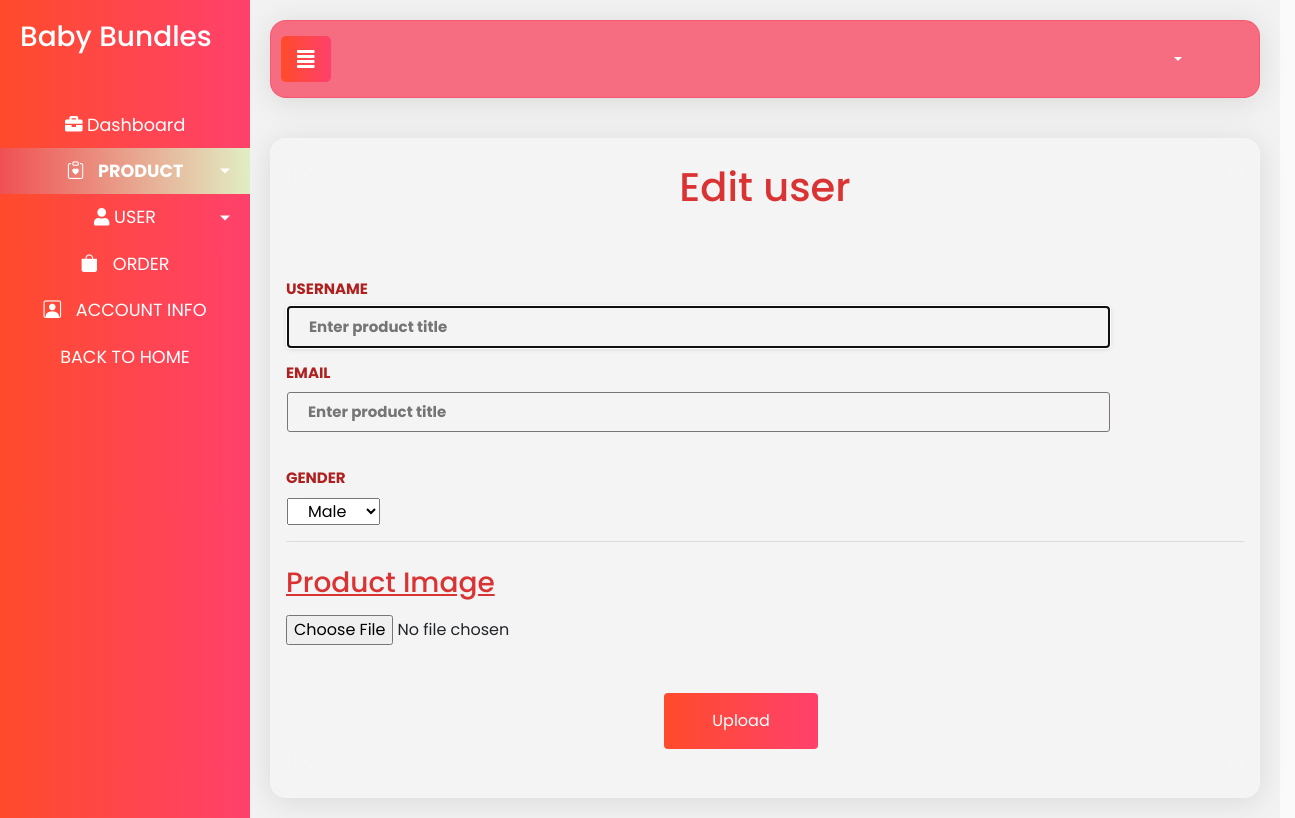
Repository: jiahow99/Baby-Bundles-University
Page: http://localhost/admin-edituser.php
The author's editor kept a copy of each file at every save. The page is drawn from the files as they stood at one save, then again after the next save.
The browser window is 1280 px wide. The page is 1280 px wide, then 1295 px, so the pictures cover 1295 px, including what lies to the right of the window. The pictures show the whole page.
Some web libraries are served in a nearby version. The page is run by PHP 8.4 with error messages shown; the project is at /var/www/html/.

Above is the page before, as saved 2022-11-25 01:00:03.

After the next save:
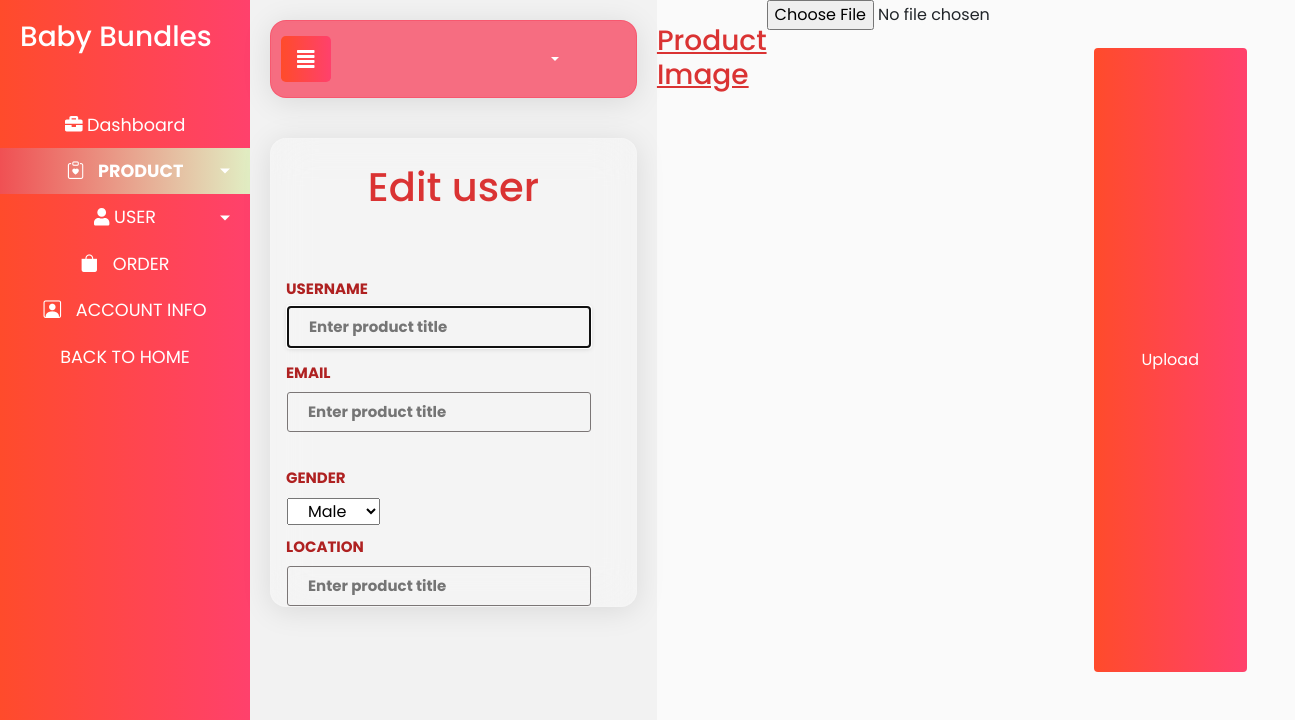
Saved 21 s later.
--- a/admin-edituser.php
+++ b/admin-edituser.php
@@ -62,7 +62,9 @@
                 </div>
 
                 <div class="row">
-
+                <label for="" class="name text-uppercase col-12">Location</label>
+                    <input class="input--style-6 col-10 ml-3" type="text" name="title" placeholder="Enter product title" required autofocus>
+                </div>
                 </div>
 
 
